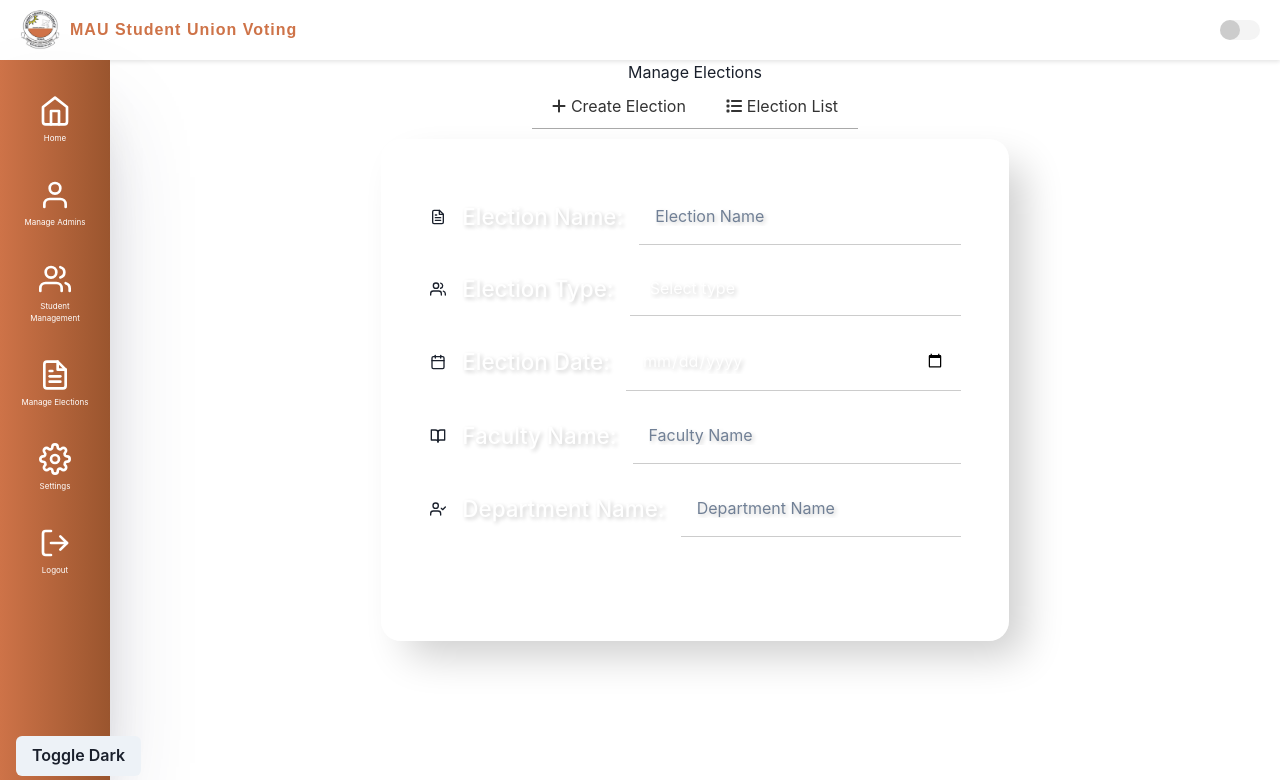
Repository: joena1o/e-vote
Page: /admin-dashboard/manage-elections
The author's editor kept a copy of each file at every save. The page is drawn from the files as they stood at one save, then again after the next save.
The browser window is 1280 px wide. The pictures show the whole page.
The project was rebuilt for these pictures with package versions that can differ from the ones it lists, and the page was loaded fresh each time. Also part of the build but not shown: src/components/EnhancedLogin.js, src/components/maincontent/RegisterStudents/ManageStudents.js, src/components/maincontent/RegisterStudents/RegisterStudents.js, src/components/maincontent/RegisterStudents/StudentManagement.js, src/components/maincontent/ElectionResults/ViewResults.js, src/components/maincontent/Settings/Settings.js, src/api/index.js, src/components/maincontent/home/Home.styles.js and 5 more.

Above is the page before, as saved 2023-10-20 12:13:38.

After the next save:
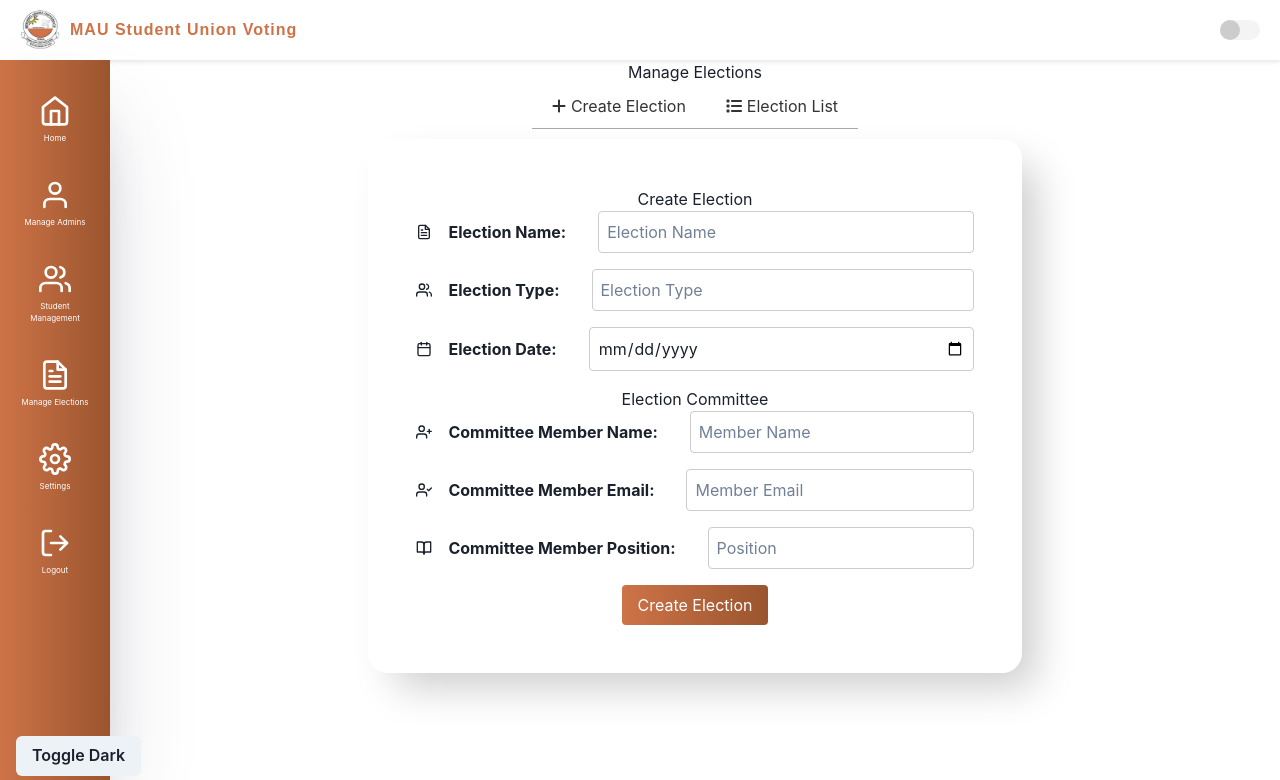
Saved 5 min 26 s later.
--- a/src/components/maincontent/ManageElections/CreateElection.js
+++ b/src/components/maincontent/ManageElections/CreateElection.js
@@ -11,64 +11,55 @@ import {
 } from 'react-icons/fi';
 
 const Form = styled.form`
-  background: rgba(255, 255, 255, 0.3);
+  background: rgba(255,255,255,0.3);
   padding: 3em;
   border-radius: 20px;
-  border-left: 1px solid rgba(255, 255, 255, 0.3);
-  border-top: 1px solid rgba(255, 255, 255, 0.3);
   backdrop-filter: blur(10px);
-  box-shadow: 20px 20px 40px -6px rgba(0, 0, 0, 0.2);
+  box-shadow: 20px 20px 40px -6px rgba(0,0,0,0.2);
   text-align: center;
-  display: flex;
-  flex-direction: column;
-  gap: 1rem;
 `;
 
 const FormField = styled.div`
   display: flex;
+  flex-direction: row;
   align-items: center;
   gap: 1rem;
+  margin-bottom: 1rem;
 `;
 
 const FormLabel = styled.label`
-  font-weight: 500;
-  color: #fff;
-  font-size: 1.4rem;
-  text-shadow: 2px 2px 4px rgba(0, 0, 0, 0.2);
+  font-weight: bold;
+  margin-right: 1rem;
 `;
 
 const FormInput = styled.input`
-  flex-grow: 1;
-  padding: 1em;
-  background: transparent;
-  border: none;
-  border-bottom: 1px solid #ccc;
-  color: #fff;
-  transition: all 0.2s ease-in-out;
-  text-shadow: 2px 2px 4px rgba(0, 0, 0, 0.2);
-  &:focus {
-    border-bottom: 1px solid #fff;
-    outline: none;
-  }
+  flex: 1;
+  padding: 0.5rem;
+  border: 1px solid #ccc;
+  border-radius: 4px;
+  font-size: 1rem;
 `;
 
 const CreateButton = styled.button`
-  padding: 0.5rem 2rem;
-  background: rgba(255, 255, 255, 0.4);
+  padding: 0.5rem 1rem;
+  background: linear-gradient(to right, #ce7348, #9a552e);
   border: none;
   border-radius: 4px;
   font-size: 1rem;
   color: white;
   cursor: pointer;
-  transition: all 0.2s ease-in-out;
+  transition: background 0.2s ease-in-out;
+
   &:hover {
-    background: rgba(255, 255, 255, 0.6);
+    background: linear-gradient(to right, #9a552e, #ce7348);
   }
 `;
 
 const CreateElection = () => {
   return (
     <Form>
+      <h2>Create Election</h2>
+
       <FormField>
         <FiFileText />
         <FormLabel htmlFor="name">Election Name:</FormLabel>
@@ -78,12 +69,7 @@ const CreateElection = () => {
       <FormField>
         <FiUsers />
         <FormLabel htmlFor="type">Election Type:</FormLabel>
-        <FormInput as="select" id="type" name="type">
-          <option value="">Select type</option>
-          <option value="general">General</option>
-          <option value="faculty">Faculty</option>
-          <option value="department">Department</option>
-        </FormInput>
+        <FormInput id="type" name="type" type="text" placeholder="Election Type" />
       </FormField>
 
       <FormField>
@@ -92,17 +78,27 @@ const CreateElection = () => {
         <FormInput id="date" name="date" type="date" />
       </FormField>
 
+      <h3>Election Committee</h3>
+
       <FormField>
-        <FiBookOpen />
-        <FormLabel htmlFor="faculty">Faculty Name:</FormLabel>
-        <FormInput id="faculty" name="faculty" type="text" placeholder="Faculty Name" />
+        <FiUserPlus />
+        <FormLabel htmlFor="committeeName">Committee Member Name:</FormLabel>
+        <FormInput id="committeeName" name="committeeName" type="text" placeholder="Member Name" />
       </FormField>
 
       <FormField>
         <FiUserCheck />
-        <FormLabel htmlFor="department">Department Name:</FormLabel>
-        <FormInput id="department" name="department" type="text" placeholder="Department Name" />
+        <FormLabel htmlFor="committeeEmail">Committee Member Email:</FormLabel>
+        <FormInput id="committeeEmail" name="committeeEmail" type="email" placeholder="Member Email" />
       </FormField>
+
+      <FormField>
+        <FiBookOpen />
+        <FormLabel htmlFor="committeePosition">Committee Member Position:</FormLabel>
+        <FormInput id="committeePosition" name="committeePosition" type="text" placeholder="Position" />
+      </FormField>
+
+      {/* You can add a button here to dynamically add more fields for additional committee members. */}
 
       <CreateButton>Create Election</CreateButton>
     </Form>
